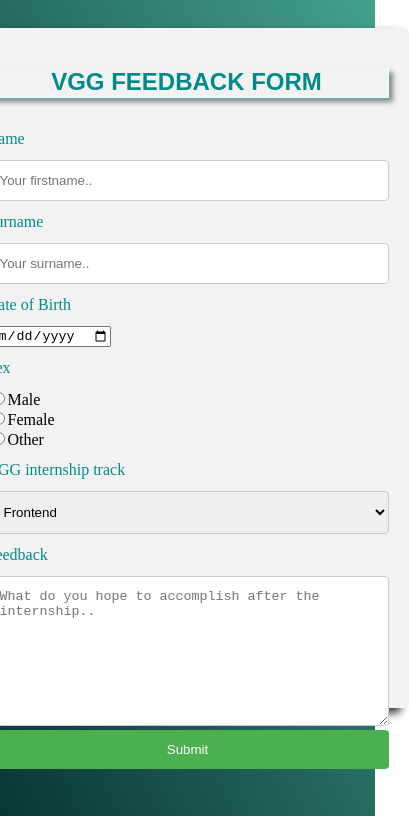
Repository: iphyokafor/VGG-Feedback-form
Page: index2.html
The author's editor kept a copy of each file at every save. The page is drawn from the files as they stood at one save, then again after the next save.
The browser window is 375 px wide. The page is 409 px wide, so the pictures cover 409 px, including what lies to the right of the window. The pictures show the whole page.

Above is the page before, as saved 2020-01-13 01:27:21.

After the next save:
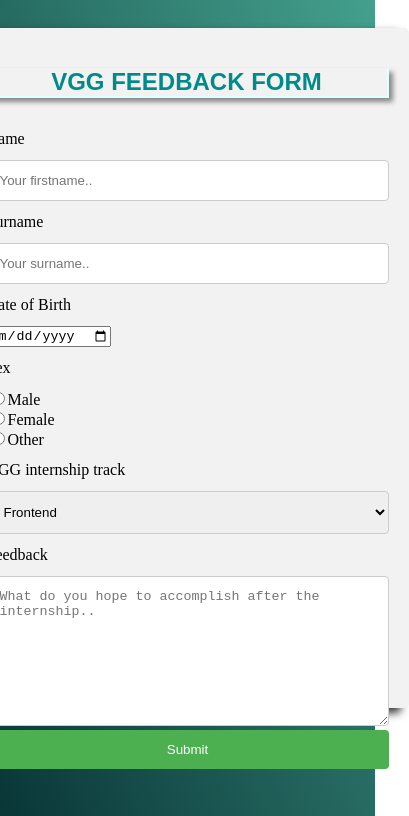
Saved 102 s later.
--- a/main.css
+++ b/main.css
@@ -73,7 +73,7 @@ label {
 
 /* Floating column for labels: 25% width */
 
-.column1 {
+.col-25 {
     float: left;
     width: 25%;
     margin-top: 6px;
@@ -83,7 +83,7 @@ label {
 
 /* Floating column for inputs: 75% width */
 
-.column3 {
+.col-75 {
     float: left;
     width: 75%;
     margin-top: 6px;
@@ -102,9 +102,9 @@ label {
 /* Responsive layout - when the screen is less than 600px wide, make the two columns stack on top of each other instead of next to each other */
 
 @media screen and (max-width: 600px) {
-    .column1,
-    .column3,
-    .btn {
+    .col-25,
+    .col-75,
+    input[type=submit] {
         width: 100%;
         margin-top: 0;
     }
